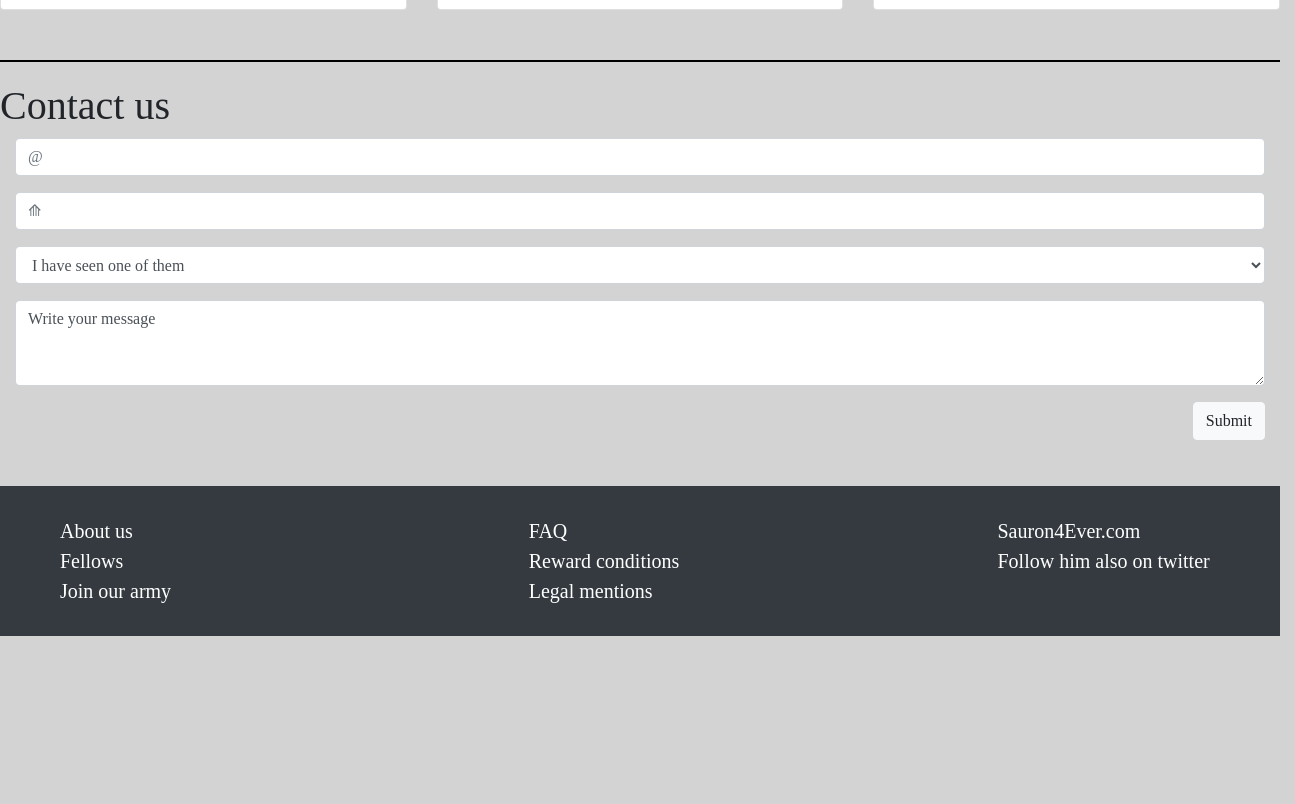
Repository: Khaleddwm/FindThePrecious
Page: index.html
These files come from the project's save history. The page is drawn as it stood at one moment and after the next save; the edit follows.
The browser window is 1280 px wide. The page is 1295 px wide, so the pictures cover 1295 px, including what lies to the right of the window. The pictures show the part of the page from y = 1850 to 2774 px (the page is 2654 px tall before and 2774 px after).
Some web fonts or font styles are not loaded; a fallback is used.

Above is the page before, as saved 2020-05-25 00:49:53.

### index.html
<!DOCTYPE html>
<html lang="en">
<head>
    <meta charset="UTF-8">
    <meta name="viewport" content="width=device-width, initial-scale=1.0">
    <title>FindThePrecious</title>
    <link href="https://fonts.googleapis.com/css2?family=Bad+Script&display=swap" rel="stylesheet">
    <!-- CSS only -->
    <link rel="stylesheet" href="https://stackpath.bootstrapcdn.com/bootstrap/4.5.0/css/bootstrap.min.css" integrity="sha384-9aIt2nRpC12Uk9gS9baDl411NQApFmC26EwAOH8WgZl5MYYxFfc+NcPb1dKGj7Sk" crossorigin="anonymous">
    <link rel="stylesheet" href="https://cdnjs.cloudflare.com/ajax/libs/font-awesome/4.7.0/css/font-awesome.min.css">
    <link rel="stylesheet" href="style.css">
    <!-- JS, Popper.js, and jQuery -->
    <script src="https://code.jquery.com/jquery-3.5.1.slim.min.js" integrity="sha384-DfXdz2htPH0lsSSs5nCTpuj/zy4C+OGpamoFVy38MVBnE+IbbVYUew+OrCXaRkfj" crossorigin="anonymous"></script>
    <script src="https://cdn.jsdelivr.net/npm/popper.js@1.16.0/dist/umd/popper.min.js" integrity="sha384-Q6E9RHvbIyZFJoft+2mJbHaEWldlvI9IOYy5n3zV9zzTtmI3UksdQRVvoxMfooAo" crossorigin="anonymous"></script>
    <script src="https://stackpath.bootstrapcdn.com/bootstrap/4.5.0/js/bootstrap.min.js" integrity="sha384-OgVRvuATP1z7JjHLkuOU7Xw704+h835Lr+6QL9UvYjZE3Ipu6Tp75j7Bh/kR0JKI" crossorigin="anonymous"></script>
</head>
<body>
    <nav class="navbar navbar-expand-sm navbar-dark bg-dark">
        <a href"index.html" class="titleNav navbar-brand">FindThePrecious.com</a>
        <button class="navbar-toggler" data-toggle="collapse" data-target="#navbarMenu">
            <span class="navbar-toggler-icon"></span>
        </button>
        <div class="collapse navbar-collapse" id="navbarMenu">
            <ul class="navbar-nav">
                <li class="nav-item">
                    <a href="#" class="nav-link">Fellows</a>
                </li>
                <li>
                    <a href="#" class="nav-link">Contact us</a>
                </li>
            </ul>
        </div>
    </nav>
    <div id="carouselControls" class="carousel slide" data-ride="carousel">
        <div class="carousel-inner">
            <div class="carousel-caption d-none d-block">
                <h1>Dangerous fellowship try to destroy the ring</h1>
                <p>Orcs, Goblins, Balrogs, protect your master Sauron !</p>
            </div>
            <div class="carousel-item active">
                <img class="d-block w-100" src="https://img.phonandroid.com/2018/04/seigneur-des-anneaux.jpg" alt="First slide">
            </div>
            <div class="carousel-item">
                <img class="d-block w-100" src="https://www.journaldugeek.com/content/uploads/2019/07/lord-of-the-rings-gollum-new-lotr-stealth-game-coming-2021-from-daedalic-entertainment-767717.jpg" alt="Second slide">
            </div>
            <div class="carousel-item">
                <img class="d-block w-100" src="https://vignette.wikia.nocookie.net/lotr/images/1/15/Gothmog_the_lord_of_balrogs_by_atohas-d8hf6ru.jpg/revision/latest?cb=20180410213854" alt="Third slide">
            </div>
        </div>
        <a class="carousel-control-prev" href="#carouselControls" role="button" data-slide="prev">
            <span class="carousel-control-prev-icon" aria-hidden="true"></span>
            <span class="sr-only">Previous</span>
        </a>
        <a class="carousel-control-next" href="#carouselControls" role="button" data-slide="next">
            <span class="carousel-control-next-icon" aria-hidden="true"></span>
            <span class="sr-only">Next</span>
        </a>
    </div>
    <div class="wanted">
        <div class="wanted-title">
            <h1>Fellows wanted dead (or alive if you want to eat them later)</h1>
        </div>
        <div class="card-deck">
            <div class="card col-xs-12 col-md-4">
                <img src="https://kr4v3n.github.io/Sauron/img/gandalf.png" class="card-img-top" alt="Gandalf">
                <div class="living card-img-overlay">
                    <h2>Reward 1000 gold coins</h2>
                </div>
                <div class="card-body">
                    <h2 class="card-title">Gandalf</h2>
                    <p class="card-text">
                        Gandalf was shorter in stature than the other two; but his long white hair,
                        his sweeping silver beard, and his broad shoulders, made him look like some wise king of ancient legend.
                        In his aged face under great snowy brows his eyes were set like coals that could suddenly burst into fire.
                    </p>
                </div>
            </div>
            <div class="card col-xs-12 col-md-4">
                <img src="https://kr4v3n.github.io/Sauron/img/gimli.png" class="card-img-top" alt="Gimli">
                <div class="dead card-img-overlay">
                    <h2>DEAD</h2>
                </div>
                <div class="card-body">
                    <h2 class="card-title">Gimli</h2>
                    <p class="card-text">
                        Gimli throughout the War showed perhaps the greatest open contempt for Sauron and his minions, save possibly Boromir.
                        He was a grim character, for the most part, laughing only occasionally and, though in a few rare situations inspiring amusement,
                        never joking. Due to his comments especially during the initial stage of the journey, he may be called more superstitious than the others,
                        acting very much as if Caradhras was an actual living being.
                    </p>
                </div>
            </div>
            <div class="card col-xs-12 col-md-4">
                <img src="https://kr4v3n.github.io/Sauron/img/aragorn.png" class="card-img-top" alt="Aragorn">
                <div class="living card-img-overlay">
                    <h2>Reward 250 gold coins</h2>
                </div>
                <div class="card-body">
                    <h2 class="card-title">Aragorn</h2>
                    <p class="card-text">
                        An artist's conception of Aragorn at The Prancing Pony Tolkien gives
                        a brief but detailed description of him in The Lord of the Rings: lean, dark, tall, with
                        "a shaggy head of dark hair flecked with grey, and in a pale stern face a pair of keen grey eyes."
                    </p>
                </div>
            </div>
        </div>
    </div>
    <div class="form">
        <h1>Contact us</h1>
        <form class="container-fluid">
            <div class="form-group">
                <input type="email" class="form-control" id="email" placeholder="&#64;">
            </div>
            <div class="form-group">
                <input type="email" class="form-control" id="email" placeholder="&#10224;">
            </div>
            <div class="form-group">
                <select class="form-control" id="select">
                    <option>I have seen one of them</option>
                    <option>I have lost one of them</option>
                    <option>I have find one of them</option>
                </select>
            </div>
            <div class="form-group">
                <textarea class="form-control" id="textarea" rows="3">Write your message</textarea>
            </div>
            <div class="form-group">
                <input type="submit" class="btn btn-light" id="submit" value="Submit">
            </div>
        </form>
    </div>
    <footer class="footer-classic bg-dark">
        <div class="container-fluid">
            <div class="d-flex justify-content-between">
                <div class="col-md-4 col-xl-3">
                    <ul class="nav-list">
                        <li><a href="#">About us</a></li>
                        <li><a href="#">Fellows</a></li>
                        <li><a href="#">Join our army</a></li>
                    </ul>
                </div>
                <div class="col-md-4 col-xl-3">
                    <ul class="nav-list">
                        <li><a href="#">FAQ</a></li>
                        <li><a href="#">Reward conditions</a></li>
                        <li><a href="#">Legal mentions</a></li>
                    </ul>
                </div>
                <div class="col-md-4 col-xl-3">
                    <ul class="nav-list">
                        <li><a href="#">Sauron4Ever.com</a></li>
                        <li><a href="#">Follow him also on twitter</a></li>
                    </ul>
                </div>
            </div>
        </div>
    </footer>
</body>
</html>

### style.css
body {
    font-family: 'Bad Script', cursive;
    background-color: lightgrey;
}

#navbarMenu, .titleNav {
    font-size: 30px;
}

.navbar {
    overflow: hidden;
    position: fixed; /* Set the navbar to fixed position */
    top: 0; /* Position the navbar at the top of the page */
    width: 100%; /* Full width */
    z-index: 1000;
}

/* Change background on mouse-over */
#navbarMenu a:hover {
    background: lightgray;
    color: black;
}

#carouselControls {
    margin-top: 60px;
}

p {
    font-size: 20px;
}

img {
    width: auto;
    height: 600px;
}

.wanted-title {
    text-align: center;
    margin: 50px;
}
/* hover for living */
.living h2 {
    background-color: lightgray;
}

.living {
    opacity: 0;
}

.living:hover {
    opacity: 1;
    text-align: center;
}

/* hover for dead */
.dead {
    opacity: 0;
}

.dead:hover {
    opacity: 1;
    text-align: center;
    background-color: lightgray;
}

#submit {
    float: right;
}

.form {
    font-size: 30px;
    margin-top: 50px;
    margin-bottom: 100px;
    border-top: 2px solid black;
}

.form h1 {
    margin-top: 20px;
}

footer .container-fluid {
    padding-top: 30px;
    padding-bottom: 30px;
    font-size: 20px;
}



.footer-classic a, .footer-classic a:focus, .footer-classic a:active {
    color: white;
}
footer a {
    margin: 30px;
}

ul, ol {
    list-style: none;
    padding: 0;
    margin: 0;
}

After the next save:
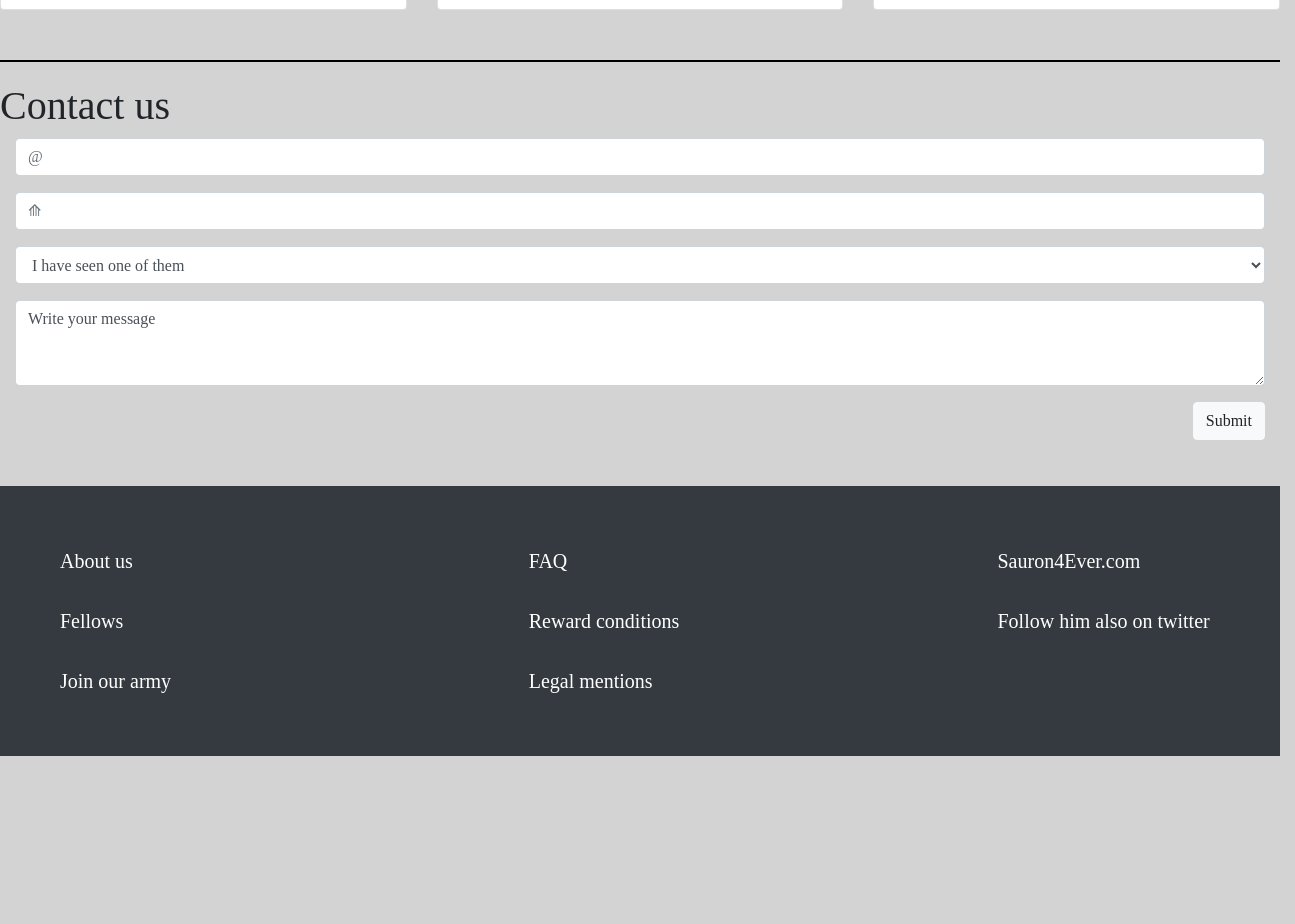
Saved 9 s later.
--- a/style.css
+++ b/style.css
@@ -89,7 +89,7 @@ footer .container-fluid {
 .footer-classic a, .footer-classic a:focus, .footer-classic a:active {
     color: white;
 }
-footer a {
+footer li {
     margin: 30px;
 }
 
